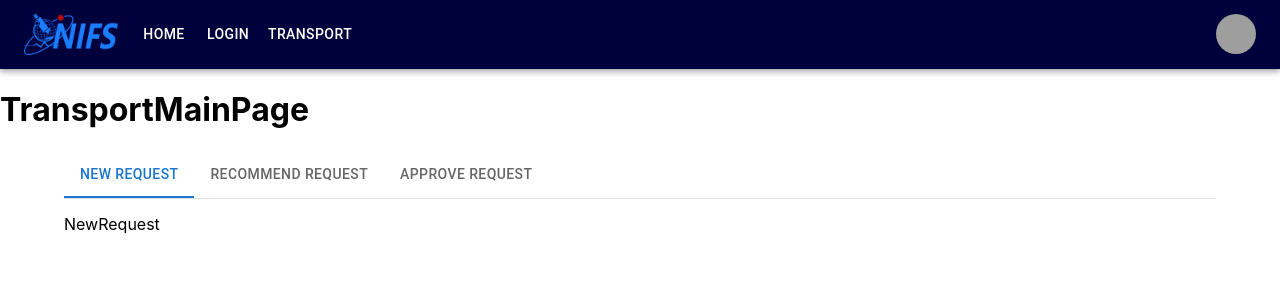
Repository: Ravindu97/NIFS_WebApplication
Page: /transport (app in client/)
These files come from the project's save history. The page is drawn as it stood at one moment and after the next save; the edit follows.
The browser window is 1280 px wide. The pictures show the whole page.
Pictures or frames that could not be fetched are drawn as grey boxes. The project was rebuilt for these pictures with package versions that can differ from the ones it lists, and the page was loaded fresh each time. Also part of the build but not shown: client/src/pages/Home.js, client/src/pages/Login.js, client/src/components/Transport/RecommendedRequest.js, client/src/components/Transport/ApproveRequest.js.

Above is the page before, as saved 2022-06-30 20:49:33.

### client/src/index.css
body {
  margin: 0;
  font-family: -apple-system, BlinkMacSystemFont, 'Segoe UI', 'Roboto', 'Oxygen',
    'Ubuntu', 'Cantarell', 'Fira Sans', 'Droid Sans', 'Helvetica Neue',
    sans-serif;
  -webkit-font-smoothing: antialiased;
  -moz-osx-font-smoothing: grayscale;
}

:root{
  --main-navbar-back: #00003c;

}


.nav-logo{
  width: 100px;
  height: auto;
}

.main-navbar{
  background-color: var(--main-navbar-back) !important;
}

.secondary-navbar{
  margin: auto;
}

.body-content{
  margin: auto;
  width: 90%;
  margin-top: 2vh;
}

### client/src/App.js
import * as React from 'react';
import { BrowserRouter as Router, Route, Routes } from 'react-router-dom';
import Navbar from './components/shared/Navbar';
import Home from './pages/Home';
import Login from './pages/Login';
import TransportMainPage from './pages/TransportMainPage';

function App() {
	return (
		<div>
			<Router>
				<Navbar />
				<Routes>
					<Route exact path="/" element={<Home />} />
					<Route exact path="/login" element={<Login />} />
					<Route exact path="/transport/*" element={<TransportMainPage />} />
				</Routes>
			</Router>
		</div>
	);
}

export default App;

### client/src/components/shared/Navbar.js
import * as React from 'react';
import AppBar from '@mui/material/AppBar';
import Box from '@mui/material/Box';
import Toolbar from '@mui/material/Toolbar';
import IconButton from '@mui/material/IconButton';
import Typography from '@mui/material/Typography';
import Menu from '@mui/material/Menu';
import MenuIcon from '@mui/icons-material/Menu';
import Container from '@mui/material/Container';
import Avatar from '@mui/material/Avatar';
import Button from '@mui/material/Button';
import Tooltip from '@mui/material/Tooltip';
import MenuItem from '@mui/material/MenuItem';
import { Link } from 'react-router-dom';
import Logo from '../../images/nifs_logo.png';

const Navbar = () => {
	const pages = [
		{
			id: 0,
			title: 'Home',
			link: '/',
		},
		{
			id: 1,
			title: 'Login',
			link: '/login',
		},
		{
			id: 2,
			title: 'Transport',
			link: '/transport',
		},
	];

	const settings = [
		{
			id: 0,
			title: 'Home',
			link: '/',
		},
		{
			id: 1,
			title: 'Login',
			link: '/login',
		},
		{
			id: 2,
			title: 'Transport',
			link: '/transport',
		},
	];

	const [anchorElNav, setAnchorElNav] = React.useState(null);
	const [anchorElUser, setAnchorElUser] = React.useState(null);

	const handleOpenNavMenu = (event) => {
		setAnchorElNav(event.currentTarget);
	};
	const handleOpenUserMenu = (event) => {
		setAnchorElUser(event.currentTarget);
	};

	const handleCloseNavMenu = () => {
		setAnchorElNav(null);
	};

	const handleCloseUserMenu = () => {
		setAnchorElUser(null);
	};

	return (
		<AppBar position="static" className="main-navbar">
			<Container maxWidth="xl">
				<Toolbar disableGutters>
					{/* <AdbIcon sx={{ display: { xs: 'none', md: 'flex' }, mr: 1 }} /> */}
					<Box sx={{ display: { xs: 'none', md: 'flex' }, mr: 1 }}>
						<img src={Logo} alt="logo" className="nav-logo" />
					</Box>

					<Box sx={{ flexGrow: 1, display: { xs: 'flex', md: 'none' } }}>
						<IconButton
							size="large"
							aria-label="account of current user"
							aria-controls="menu-appbar"
							aria-haspopup="true"
							onClick={handleOpenNavMenu}
							color="inherit"
						>
							<MenuIcon />
						</IconButton>
						<Menu
							id="menu-appbar"
							anchorEl={anchorElNav}
							anchorOrigin={{
								vertical: 'bottom',
								horizontal: 'left',
							}}
							keepMounted
							transformOrigin={{
								vertical: 'top',
								horizontal: 'left',
							}}
							open={Boolean(anchorElNav)}
							onClose={handleCloseNavMenu}
							sx={{
								display: { xs: 'block', md: 'none' },
							}}
						>
							{pages &&
								pages.map((page) => (
									<MenuItem key={page.id} onClick={handleCloseNavMenu}>
										<Link to={page.link} style={{ textDecoration: 'none' }}>
											<Typography textAlign="center">{page.title}</Typography>
										</Link>
									</MenuItem>
								))}
						</Menu>
					</Box>

					<Box
						sx={{
							mr: 2,
							display: { xs: 'flex', md: 'none' },
							flexGrow: 1,
						}}
					>
						<img src={Logo} alt="logo" className="nav-logo" />
					</Box>

					<Box sx={{ flexGrow: 1, display: { xs: 'none', md: 'flex' } }}>
						{pages &&
							pages.map((page) => (
								<Link to={page.link} style={{ textDecoration: 'none' }}>
									<Button
										key={page.id}
										onClick={handleCloseNavMenu}
										sx={{ my: 2, color: 'white', display: 'block' }}
									>
										{page.title}
									</Button>
								</Link>
							))}
					</Box>

					<Box sx={{ flexGrow: 0 }}>
						<Tooltip title="Open settings">
							<IconButton onClick={handleOpenUserMenu} sx={{ p: 0 }}>
								<Avatar
									alt="Remy Sharp"
									src="https://images.unsplash.com/photo-1566753323558-f4e0952af115?ixlib=rb-1.2.1&ixid=MnwxMjA3fDB8MHxzZWFyY2h8MXx8bWFsZXxlbnwwfHwwfHw%3D&w=1000&q=80"
								/>
							</IconButton>
						</Tooltip>
						<Menu
							sx={{ mt: '45px' }}
							id="menu-appbar"
							anchorEl={anchorElUser}
							anchorOrigin={{
								vertical: 'top',
								horizontal: 'right',
							}}
							keepMounted
							transformOrigin={{
								vertical: 'top',
								horizontal: 'right',
							}}
							open={Boolean(anchorElUser)}
							onClose={handleCloseUserMenu}
						>
							{settings.map((setting) => (
								<MenuItem key={setting.id} onClick={handleCloseUserMenu}>
									<Typography textAlign="center">{setting.title}</Typography>
								</MenuItem>
							))}
						</Menu>
					</Box>
				</Toolbar>
			</Container>
		</AppBar>
	);
};
export default Navbar;

### client/src/pages/TransportMainPage.js
import React from 'react';

import TransportNavbar from '../components/Transport/shared/TransportNavbar';
import { Route, Routes } from 'react-router-dom';
import NewRequest from '../components/Transport/NewRequest';
import RecommendedRequest from '../components/Transport/RecommendedRequest';
import ApproveRequest from '../components/Transport/ApproveRequest';

function TransportMainPage() {
	return (
		<div>
			<h1>TransportMainPage</h1>
			<TransportNavbar />
			<div className="body-content">
				<Routes>
					<Route exact path="/" element={<NewRequest />} />
					<Route exact path="/recommend" element={<RecommendedRequest />} />
					<Route exact path="/approve" element={<ApproveRequest />} />
				</Routes>
			</div>
		</div>
	);
}

export default TransportMainPage;

### client/src/components/Transport/shared/TransportNavbar.js
import * as React from 'react';
import Tabs from '@mui/material/Tabs';
import Tab from '@mui/material/Tab';
import Box from '@mui/material/Box';
import { Link, useLocation } from 'react-router-dom';

export default function TransportNavbar() {
	const location = useLocation();
	console.log(location);
	const pages = [
		{
			id: 0,
			title: 'New Request',
			link: '/transport',
		},
		{
			id: 1,
			title: 'Recommend Request',
			link: '/transport/recommend',
		},
		{
			id: 2,
			title: 'Approve Request',
			link: '/transport/approve',
		},
	];

	return (
		<Box sx={{ width: '90%' }} className="secondary-navbar">
			<Box sx={{ borderBottom: 1, borderColor: 'divider' }}>
				<Tabs value={location.pathname}>
					{pages &&
						pages.map((page) => (
							<Tab
								key={page.id}
								label={page.title}
								value={page.link}
								component={Link}
								to={page.link}
							/>
						))}
				</Tabs>
			</Box>
		</Box>
	);
}

### client/src/components/Transport/NewRequest.js
import React from 'react';

function NewRequest() {
	return <div>NewRequest</div>;
}

export default NewRequest;

Loaded but not shown: client/src/index.js (common file); client/src/reportWebVitals.js (common file)

After the next save:
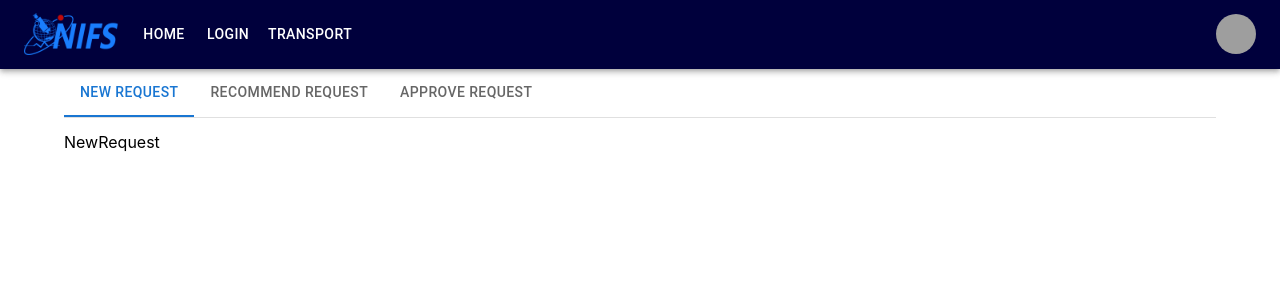
Saved 7 s later.
--- a/client/src/pages/TransportMainPage.js
+++ b/client/src/pages/TransportMainPage.js
@@ -9,7 +9,6 @@ import ApproveRequest from '../components/Transport/ApproveRequest';
 function TransportMainPage() {
 	return (
 		<div>
-			<h1>TransportMainPage</h1>
 			<TransportNavbar />
 			<div className="body-content">
 				<Routes>
